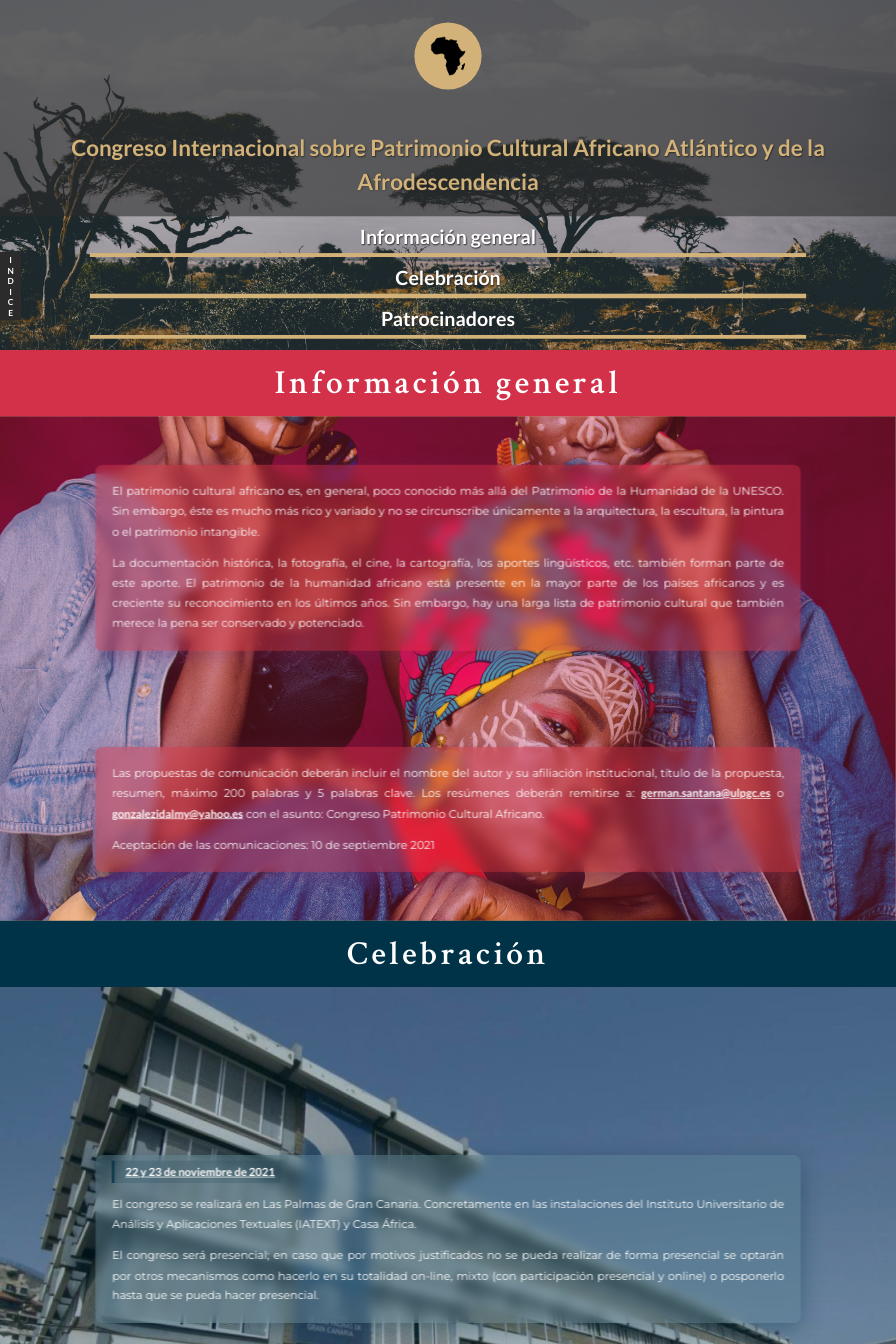
Repository: Letram/congresoafrica
Page: index.html
The author's editor kept a copy of each file at every save. The page is drawn from the files as they stood at one save, then again after the next save.
The browser window is 1280 px wide. The pictures show the part of the page from y = 0 to 1920 px (the page is 2945 px tall), at 70% of full size.
Backgrounds fixed to the window are drawn as part of the page. Some web libraries are served in a nearby version. The style sheet was rebuilt from its Sass, Less or Tailwind sources for each picture, by a compiler version that may differ from the author's.

Above is the page before, as saved 2021-04-30 12:59:44.

### index.html
<!DOCTYPE html>
<html lang="en">
  <head>
    <meta charset="UTF-8" />
    <meta name="viewport" content="width=device-width, initial-scale=1.0" />
    <title>
      CONGRESO INTERNACIONAL SOBRE PATRIMONIO CULTURAL AFRICANO ATLÁNTICO Y DE
      LA AFRODESCENDENCIA
    </title>
    <link rel="stylesheet" href="styles/simple-grid.min.css" />
    <link rel="stylesheet" href="styles/styles.css" />
    <link
      rel="shortcut icon"
      href="resources/pictures/favicon.png"
      type="image/x-icon"
    />
  </head>
  <body>
    <header id="header">
      <section class="head">
        <div class="logo">
          <img src="resources\pictures\africa-icon-9.jpg" alt="" />
        </div>
        <h2 class="title">
          Congreso Internacional sobre Patrimonio Cultural Africano Atlántico y
          de la Afrodescendencia
        </h2>
      </section>
      <nav class="navigation">
        <a href="#s1"><p>Información general</p></a>
        <a href="#s2"><p>Celebración</p></a>
        <a href="#s3"><p>Patrocinadores</p></a>
      </nav>
    </header>
    <article>
      <h1 id="s1" class="title t1">Información general</h1>
      <section class="section sec-1">
        <div class="card">
          <div class="content">
            <p>
              El patrimonio cultural africano es, en general, poco conocido más
              allá del Patrimonio de la Humanidad de la UNESCO. Sin embargo,
              éste es mucho más rico y variado y no se circunscribe únicamente a
              la arquitectura, la escultura, la pintura o el patrimonio
              intangible.
            </p>
            <p>
              La documentación histórica, la fotografía, el cine, la
              cartografía, los aportes lingüísticos, etc. también forman parte
              de este aporte. El patrimonio de la humanidad africano está
              presente en la mayor parte de los países africanos y es creciente
              su reconocimiento en los últimos años. Sin embargo, hay una larga
              lista de patrimonio cultural que también merece la pena ser
              conservado y potenciado.
            </p>
          </div>
        </div>
        <div class="card">
          <div class="content">
            <p>
              Las propuestas de comunicación deberán incluir el nombre del autor
              y su afiliación institucional, título de la propuesta, resumen,
              máximo 200 palabras y 5 palabras clave. Los resúmenes deberán
              remitirse a: <span>german.santana@ulpgc.es</span> o
              <span>gonzalezidalmy@yahoo.es</span> con el asunto: Congreso
              Patrimonio Cultural Africano.
            </p>
            <p>Aceptación de las comunicaciones: 10 de septiembre 2021</p>
          </div>
        </div>
      </section>
      <h1 id="s2" class="title t2">Celebración</h1>
      <section class="section sec-2">
        <div class="card">
          <div class="content">
            <span class="fecha">22 y 23 de noviembre de 2021</span>
            <p>
              El congreso se realizará en Las Palmas de Gran Canaria.
              Concretamente en las instalaciones del Instituto Universitario de
              Análisis y Aplicaciones Textuales (IATEXT) y Casa África.
            </p>
            <p>
              El congreso será presencial; en caso que por motivos justificados
              no se pueda realizar de forma presencial se optarán por otros
              mecanismos como hacerlo en su totalidad on-line, mixto (con
              participación presencial y online) o posponerlo hasta que se pueda
              hacer presencial.
            </p>
          </div>
        </div>
      </section>
      <h1 id="s3" class="title t3">Patrocinadores y colaboradores</h1>
      <section class="section sec-3">
        <div class="card">
          <div class="content">
            <div class="foundation">
              <div class="founders">
                <div class="founder founder1">
                  <p>Fundación Caja Canarias</p>
                  <img
                    src="./resources/pictures/fundacion_cajacanarias_logo_round.png"
                    alt="logo fundación Caja Canarias"
                  />
                </div>
                <div class="founder founder2">
                  <p>Fundación La Caixa</p>
                  <img
                    src="./resources/pictures/fundacion_la_caixa_logo_round.png"
                    alt="logo fundación La Caixa"
                  />
                </div>
                <p class="text">
                  A través del proyecto "Localización y puesta en valor del
                  patrimonio africano en Canarias"
                </p>
              </div>
              <div class="founder">
                <p><i>(Colabora)</i> Casa Africa</p>
                <img
                  src="./resources/pictures/casa_africa_logo_round.png"
                  alt="logo Casa África"
                />
              </div>
              <div class="founder">
                <p>IATEXT</p>
                <img
                  src="./resources/pictures/submarcas_iatext_redes_copia-2.png"
                  alt="logo IATEXT"
                />
              </div>
            </div>
          </div>
        </div>
      </section>
    </article>

    <div class="index">
      <p id="indexToggle" onclick="toggleIndexes()" class="title">indice</p>
      <div id="indexes" class="indexes clipped">
        <a onclick="toggleIndexes()" href="#s1"><p>Información general</p></a>
        <a onclick="toggleIndexes()" href="#s2"><p>Celebración</p></a>
        <a onclick="toggleIndexes()" href="#s3"><p>Patrocinadores</p></a>
      </div>
    </div>

    <script
      src="https://cdnjs.cloudflare.com/ajax/libs/gsap/3.6.0/gsap.min.js"
      integrity="sha512-1dalHDkG9EtcOmCnoCjiwQ/HEB5SDNqw8d4G2MKoNwjiwMNeBAkudsBCmSlMnXdsH8Bm0mOd3tl/6nL5y0bMaQ=="
      crossorigin="anonymous"
    ></script>
    <script
      src="https://cdnjs.cloudflare.com/ajax/libs/gsap/3.6.0/EasePack.min.js"
      integrity="sha512-BtkmHcburTSPPhy5MastdmQoE2nLn+jCeZf73RXXd7dk6z6Z7FXIjVeVfBPHpnha0KYKSaNyBZLVvBNejz+5wg=="
      crossorigin="anonymous"
    ></script>
    <script
      src="https://cdnjs.cloudflare.com/ajax/libs/gsap/3.6.0/CSSRulePlugin.min.js"
      integrity="sha512-9F1xsW3TBG87UnyGcF1SrXph249h/eUKPRKJZVhXxW+OeDmCiBvU9/gLfOo5qEvGTjTxOr6YQrY4ImjL90IUyw=="
      crossorigin="anonymous"
    ></script>
    <script src="scripts/scripts.js"></script>
  </body>
</html>

### styles/simple-grid.min.css
@import url(https://fonts.googleapis.com/css?family=Lato:400,300,300italic,400italic,700,700italic);
body,
html {
  height: 100%;
  width: 100%;
  margin: 0;
  padding: 0;
  left: 0;
  top: 0;
  font-size: 100%;
}
.center,
.container {
  margin-left: auto;
  margin-right: auto;
}
* {
  font-family: Lato, Helvetica, sans-serif;
  color: #333447;
  line-height: 1.5;
}
h1 {
  font-size: 2.5rem;
}
h2 {
  font-size: 2rem;
}
h3 {
  font-size: 1.375rem;
}
h4 {
  font-size: 1.125rem;
}
h5 {
  font-size: 1rem;
}
h6 {
  font-size: 0.875rem;
}
p {
  font-size: 1.125rem;
  font-weight: 200;
  line-height: 1.8;
}
.font-light {
  font-weight: 300;
}
.font-regular {
  font-weight: 400;
}
.font-heavy {
  font-weight: 700;
}
.left {
  text-align: left;
}
.right {
  text-align: right;
}
.center {
  text-align: center;
}
.justify {
  text-align: justify;
}
.container {
  width: 90%;
}
.row {
  position: relative;
  width: 100%;
}
.row [class^="col"] {
  float: left;
  margin: 0.5rem 2%;
  min-height: 0.125rem;
}
.col-1,
.col-10,
.col-11,
.col-12,
.col-2,
.col-3,
.col-4,
.col-5,
.col-6,
.col-7,
.col-8,
.col-9 {
  width: 96%;
}
.col-1-sm {
  width: 4.33%;
}
.col-2-sm {
  width: 12.66%;
}
.col-3-sm {
  width: 21%;
}
.col-4-sm {
  width: 29.33%;
}
.col-5-sm {
  width: 37.66%;
}
.col-6-sm {
  width: 46%;
}
.col-7-sm {
  width: 54.33%;
}
.col-8-sm {
  width: 62.66%;
}
.col-9-sm {
  width: 71%;
}
.col-10-sm {
  width: 79.33%;
}
.col-11-sm {
  width: 87.66%;
}
.col-12-sm {
  width: 96%;
}
.row::after {
  content: "";
  display: table;
  clear: both;
}
.hidden-sm {
  display: none;
}
@media only screen and (min-width: 33.75em) {
  .container {
    width: 80%;
  }
}
@media only screen and (min-width: 45em) {
  .col-1 {
    width: 4.33%;
  }
  .col-2 {
    width: 12.66%;
  }
  .col-3 {
    width: 21%;
  }
  .col-4 {
    width: 29.33%;
  }
  .col-5 {
    width: 37.66%;
  }
  .col-6 {
    width: 46%;
  }
  .col-7 {
    width: 54.33%;
  }
  .col-8 {
    width: 62.66%;
  }
  .col-9 {
    width: 71%;
  }
  .col-10 {
    width: 79.33%;
  }
  .col-11 {
    width: 87.66%;
  }
  .col-12 {
    width: 96%;
  }
  .hidden-sm {
    display: block;
  }
}
@media only screen and (min-width: 60em) {
  .container {
    width: 75%;
    max-width: 60rem;
  }
}

### scripts/scripts.js
function toggleIndexes() {
  indexes = document.getElementById("indexes");
  indexes.classList.toggle("clipped");
}

### styles/styles.scss
$brown: rgb(210, 178, 120);
$orange: rgb(213, 108, 51);
$blue: #003348;
$blue-light: #5a8192;
$green: rgb(119, 146, 95);
$purple: rgb(119, 38, 94);
$pink: rgb(211, 49, 73);
$light: #b5d9bd;
$black: rgb(43, 43, 43);

@import url("https://fonts.googleapis.com/css2?family=Crimson+Text:wght@600");
@import url("https://fonts.googleapis.com/css2?family=Montserrat:wght@400;500");
* {
  all: default;
}
html {
  scroll-behavior: smooth;
}
body {
  background: #d2b278;
}

/* The sticky class is added to the navbar with JS when it reaches its scroll position */
.sticky {
  position: sticky;
  top: 0;
  z-index: 99;
}

header {
  background: url("../resources/pictures/pexels-oleg-magni-861339.jpg")
    rgba(43, 43, 43, 0.3);
  background-blend-mode: color;
  background-position: 0% 50%;
  background-size: cover;
  background-repeat: no-repeat;
  .head {
    display: flex;
    justify-content: center;
    align-items: center;
    .logo {
      position: relative;
      background-color: $brown;
      border-radius: 50%;
      display: flex;
      justify-content: center;
      align-items: center;
      width: 6rem;
      height: 6rem;
      margin: 2rem;
      img {
        width: 10rem;
        height: auto;
        object-fit: contain;
      }
    }
    .title {
      position: relative;
      color: $brown;
      text-shadow: 1px 1px 2px $black;
    }
    position: relative;
    &:before {
      content: "";
      position: absolute;
      top: 0;
      bottom: 0;
      left: 0;
      right: 0;
      background-color: rgba($color: $black, $alpha: 0.6);
    }
  }
  .navigation {
    display: flex;
    justify-content: space-between;
    align-items: center;
    width: 70%;
    margin: auto;
    padding-bottom: 1rem;
    a {
      position: relative;
      text-decoration: none;
      color: $brown;
      font-size: 2rem;
      overflow: hidden;
      &::before {
        content: "";
        width: 100%;
        height: 100%;
        position: absolute;
        bottom: 0;
        left: 0;
        right: 0;
        background: linear-gradient(
          $brown 12%,
          rgba($color: $brown, $alpha: 0.3) 12%
        );
        transform: translateY(90%);
        transition: all ease-in 0.15s;
      }
      &:hover {
        &::before {
          transform: translateY(0);
        }
      }
      p {
        margin: 0;
        padding: 0.25rem 4rem;
        text-decoration: none;
        color: white;
        font-size: 1.75rem;
        font-weight: bold;
        position: relative;
        transition: all ease-in 0.15s;
        text-shadow: 1px 1px 2px $black;
      }
    }
  }
}

article {
  display: flex;
  flex-direction: column;
  h1.title {
    width: 100%;
    margin: auto;
    padding: 2rem 0;
    text-align: center;
    background-color: $orange;
    color: white;
    font-family: "Crimson Text", serif;
    font-size: 3rem;
    line-height: normal;
    letter-spacing: 0.3rem;
    &.t1 {
      background-color: $pink;
    }
    &.t2 {
      background-color: $blue;
    }
    &.t3 {
      background-color: $brown;
    }
  }
}

.section {
  width: 100%;
  min-height: 100vh;
  background-attachment: fixed;
  background-position: center;
  background-repeat: no-repeat;
  position: relative;
  // display: flex;
  // justify-content: center;
  // align-items: center;
  display: grid;
  place-items: center;
  &.sec-1 {
    background-image: url("../resources/pictures/pexels-bestbe-models-2170387.jpg");
    background-size: cover;
    &::before {
      content: "";
      position: absolute;
      top: 0;
      bottom: 0;
      left: 0;
      right: 0;
      background: rgba($color: $pink, $alpha: 0.3);
      background-size: cover;
    }
    .card {
      background-color: rgba($color: $pink, $alpha: 0.45);
      box-shadow: 0 8px 32px 0 rgba($color: $purple, $alpha: 0.4);
      margin: 3rem 0;
      .content {
        color: white;
      }
    }
  }
  &.sec-2 {
    background-image: url("../resources/pictures/1568293830_982907_1568294091_noticia_normal_recorte1.jpg");
    background-size: cover;
    &::before {
      content: "";
      position: absolute;
      top: 0;
      bottom: 0;
      left: 0;
      right: 0;
      background: rgba($color: $blue, $alpha: 0.3);
      background-size: cover;
    }
    .card {
      background-color: rgba($color: $blue-light, $alpha: 0.45);
      box-shadow: 0 8px 32px 0 rgba($color: $blue, $alpha: 0.4);
      .content {
        color: white;
        .fecha {
          display: flex;
          align-items: center;
          width: fit-content;
          height: 2rem;
          color: white;
          background-color: rgba($color: #003348, $alpha: 0.15);
          padding: 0 0.5rem 0 0;
          &::before {
            content: "";
            height: inherit;
            border-right: 3px solid #003348;
            margin-right: 1rem;
          }
        }
      }
    }
  }
  &.sec-3 {
    background-image: url("../resources/pictures/pexels-cottonbro-6334763.jpg");
    background-size: cover;
    &::before {
      content: "";
      position: absolute;
      top: 0;
      bottom: 0;
      left: 0;
      right: 0;
      background: rgba($color: $orange, $alpha: 0.3);
      background-size: cover;
    }
    .card {
      background-color: rgba($color: $brown, $alpha: 0.45);
      box-shadow: 0 8px 32px 0 rgba($color: $orange, $alpha: 0.4);
      .content {
        color: white;
        .foundation {
          display: grid;
          grid-template-columns: 2fr 1fr 1fr;
          gap: 1rem;
          .founders {
            display: grid;
            gap: 1rem;
            grid-template-areas:
              "founder1 founder2"
              "text         text";

            .founder1 {
              grid-area: founder1;
            }
            .founder2 {
              grid-area: founder2;
            }
            .text {
              grid-area: text;
              font-size: 1rem;
              text-align: center;
              position: relative;
              &::before{
                content: "";
                position: absolute;
                top: -5%;
                width: 100%;
                border-top: 3px solid #d2b278;
              }
            }
            .founder1,
            .founder2 {
              p {
                text-align: center;
                font-size: 1rem;
              }
              img {
                display: block;
                object-fit: contain;
                width: 70%;
                height: auto;
                margin: 0 auto;
              }
            }
          }
          .founder {
            p {
              text-align: center;
              font-size: 1rem;
            }
            img {
              display: block;
              object-fit: contain;
              width: 70%;
              height: auto;
              margin: 0 auto;
              border-radius: 50%;
              background-color: white;
            }
          }
        }
      }
    }
  }
  .card {
    width: 60%;
    padding: 3rem 5rem;
    margin: 0 auto;
    background-color: rgba($color: white, $alpha: 0.4);
    background-clip: padding-box;
    backdrop-filter: blur(8px);
    border-radius: 10px;
    box-shadow: 0 8px 32px 0 rgba(31, 38, 135, 0.37);
    position: relative;
    .title {
      font-size: 3rem;
      position: relative;
      &:after {
        content: "";
        width: 100%;
        height: 0.35rem;
        background: $black;
        position: absolute;
        bottom: 0;
        left: 0;
      }
    }
    .content {
      p {
        font-size: 1.75rem;
        color: white;
        text-align: justify;
        font-family: "Montserrat", sans-serif;
        font-weight: 400;
      }
      span{
        color:white;
        font-weight: bold;
        text-decoration: underline;
      }
    }
  }
}
.index {
  position: fixed;
  top: 50%;
  left: 0;
  padding: 0;
  margin: 0;
  background: transparent;
  display: flex;
  //clip-path: circle(100% at 0 50%);
  //transition: clip-path ease-in 0.5s;
  .title {
    margin: 0;
    padding: 1rem;
    color: white;
    background: $black;
    text-transform: uppercase;
    writing-mode: vertical-rl;
    text-orientation: upright;
    cursor: pointer;
  }
  .indexes {
    border-left: 1px solid white;
    display: flex;
    flex-direction: column;
    justify-content: space-around;
    clip-path: circle(150% at 0 50%);
    background: $black;
    transition: all 0.5s ease-in-out;
    padding-left: 0.25rem;
    a {
      text-decoration: none;
      p {
        color: white;
        padding-right: 0.5rem;
        margin: 0;
        position: relative;
        overflow: hidden;
        &:after {
          content: "";
          width: 100%;
          height: 2px;
          background: white;
          position: absolute;
          bottom: 0;
          left: 0;
          transform: translateX(-100%);
          transition: all 0.25s ease-in;
        }
        &:hover {
          &:after {
            transform: translateX(0);
          }
        }
      }
    }
  }
}

.clipped {
  clip-path: circle(0% at 0 50%) !important;
}

@media (max-width: 1396px) {
  header {
    .head {
      flex-direction: column;
      .title {
        padding: 0 0.25rem !important;
        text-align: center;
      }
    }
    background-position: 0%;
    .navigation {
      width: 80%;
      flex-direction: column;
      a {
        width: 100%;
        p {
          text-align: center;
          padding: 0.25rem 0.25rem;
        }
      }
    }
  }
  article {
    .title {
      font-size: 1.5rem;
      padding: 1rem 0 !important;
    }
  }
  .section {
    .card {
      margin: 1rem auto !important;
      padding: 0.5rem 1.5rem !important;
      width: 75% !important;
      .content {
        p {
          font-size: 1rem !important;
          color: white;
        }
      }
    }
  }
  .index {
    .title {
      padding: 0.25rem;
      font-size: 0.75rem;
      font-weight: bold;
    }
    .indexes {
    }
  }
}

After the next save:
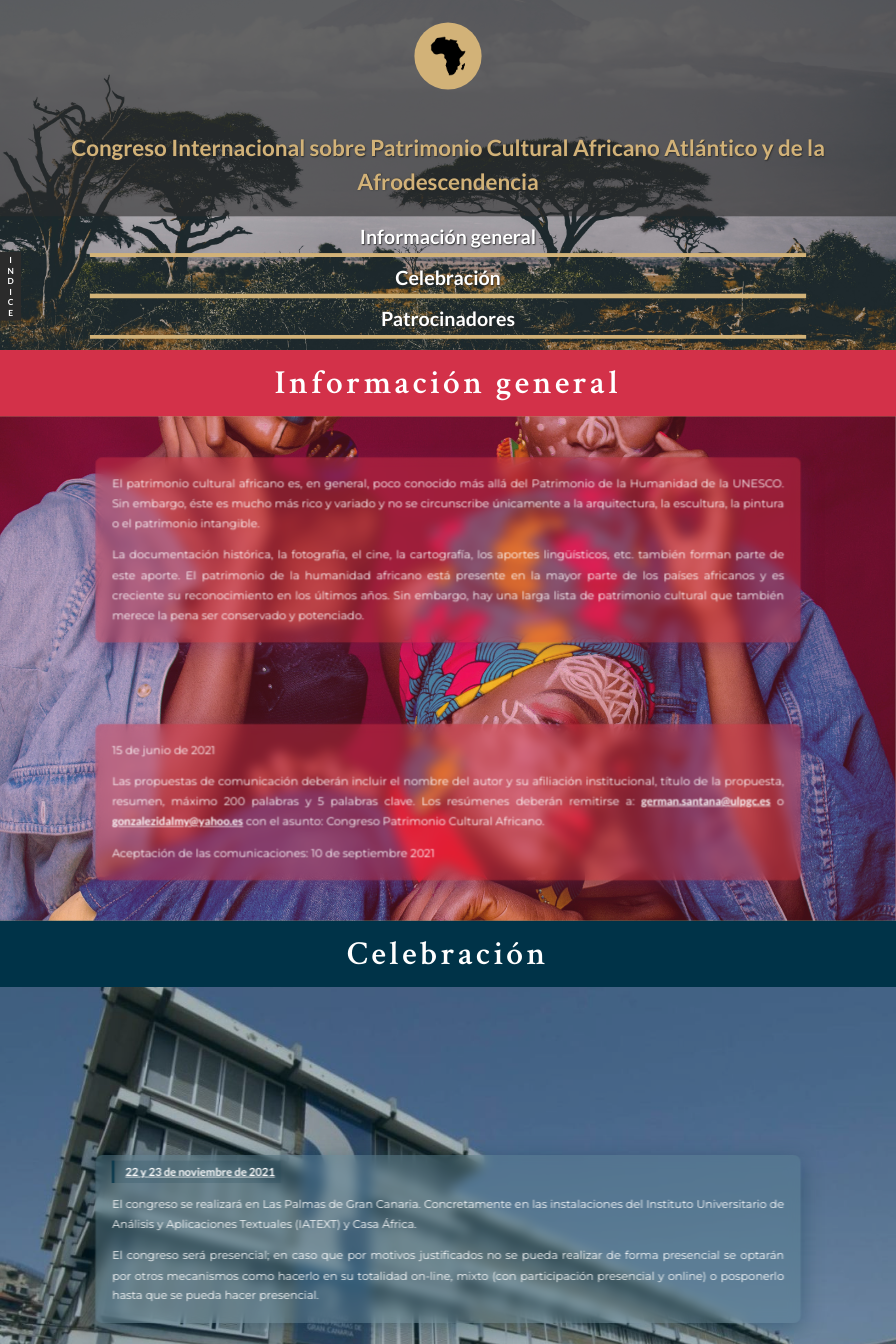
Saved 2 min 47 s later.
--- a/index.html
+++ b/index.html
@@ -57,6 +57,9 @@
         </div>
         <div class="card">
           <div class="content">
+            <p>
+              15 de junio de 2021
+            </p>
             <p>
               Las propuestas de comunicación deberán incluir el nombre del autor
               y su afiliación institucional, título de la propuesta, resumen,
